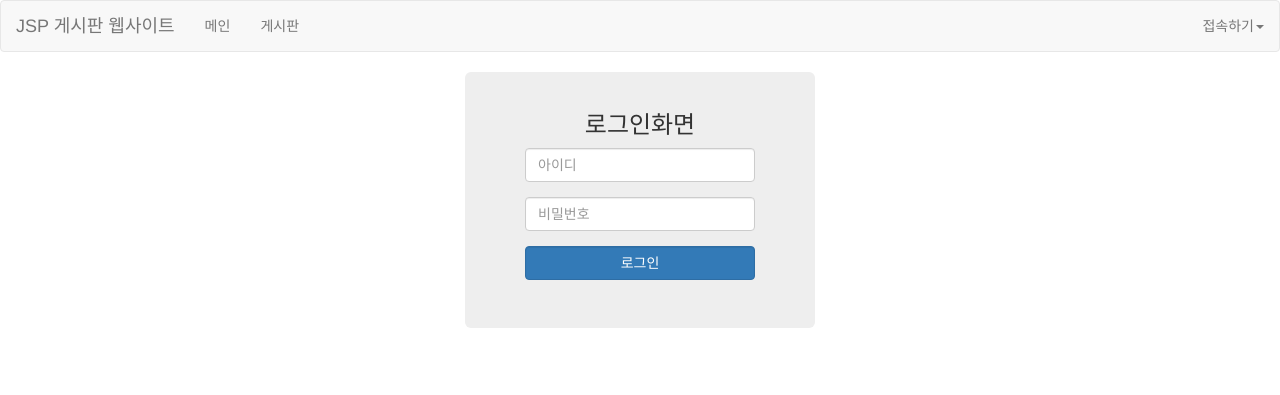
Repository: dofd6220/JSP-
Page: http://localhost/BBS/login.jsp
The author's editor kept a copy of each file at every save. The page is drawn from the files as they stood at one save, then again after the next save.
The browser window is 1280 px wide. The pictures show the whole page.
Some web libraries are served in a nearby version. The page is served by Tomcat 9.

Above is the page before, as saved 2023-11-18 12:04:04.

After the next save:
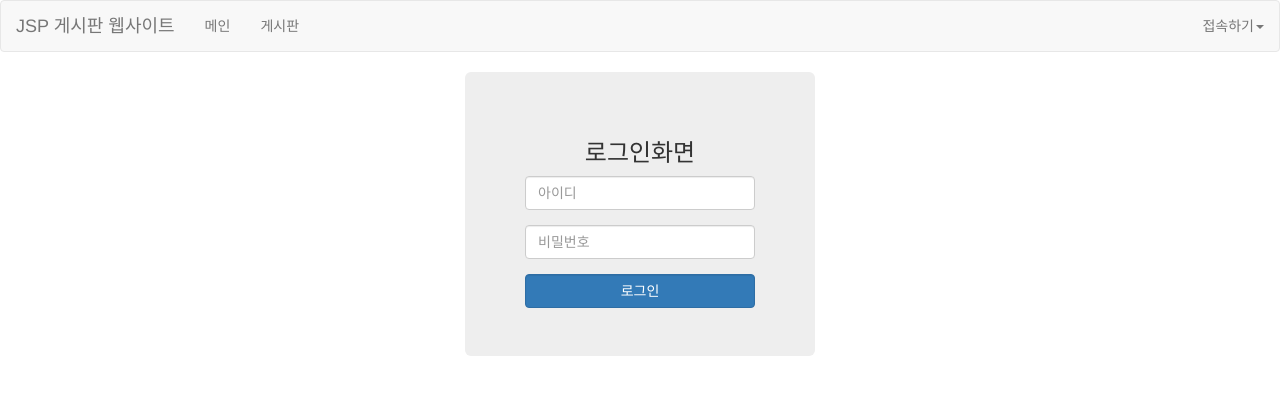
Saved 63 s later.
--- a/BBS/src/main/webapp/login.jsp
+++ b/BBS/src/main/webapp/login.jsp
@@ -43,7 +43,7 @@
 	<div class="container">
 		<div class="col-lg-4"></div>
 		<div class="col-lg-4">
-			<div class="jumbotron" style="padding-top: 20px;">
+			<div class="jumbotron">
 				<form method="post" action="LoginAction.jsp">
 					<h3 style="text-align: center;">로그인화면</h3>
 						<div class="form-group">

After the save that followed:
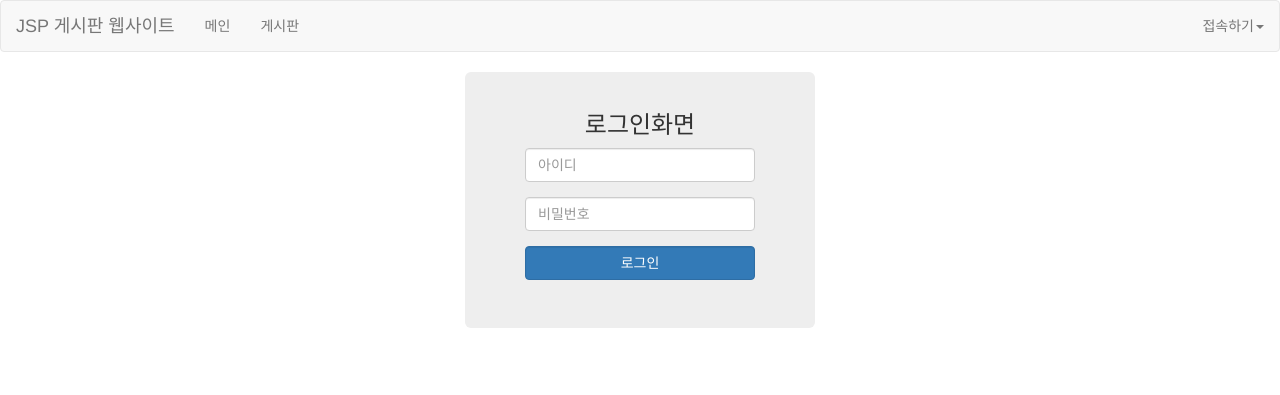
Saved 5 s later.
--- a/BBS/src/main/webapp/login.jsp
+++ b/BBS/src/main/webapp/login.jsp
@@ -43,7 +43,7 @@
 	<div class="container">
 		<div class="col-lg-4"></div>
 		<div class="col-lg-4">
-			<div class="jumbotron">
+			<div class="jumbotron" style="padding-top: 20px;">
 				<form method="post" action="LoginAction.jsp">
 					<h3 style="text-align: center;">로그인화면</h3>
 						<div class="form-group">
